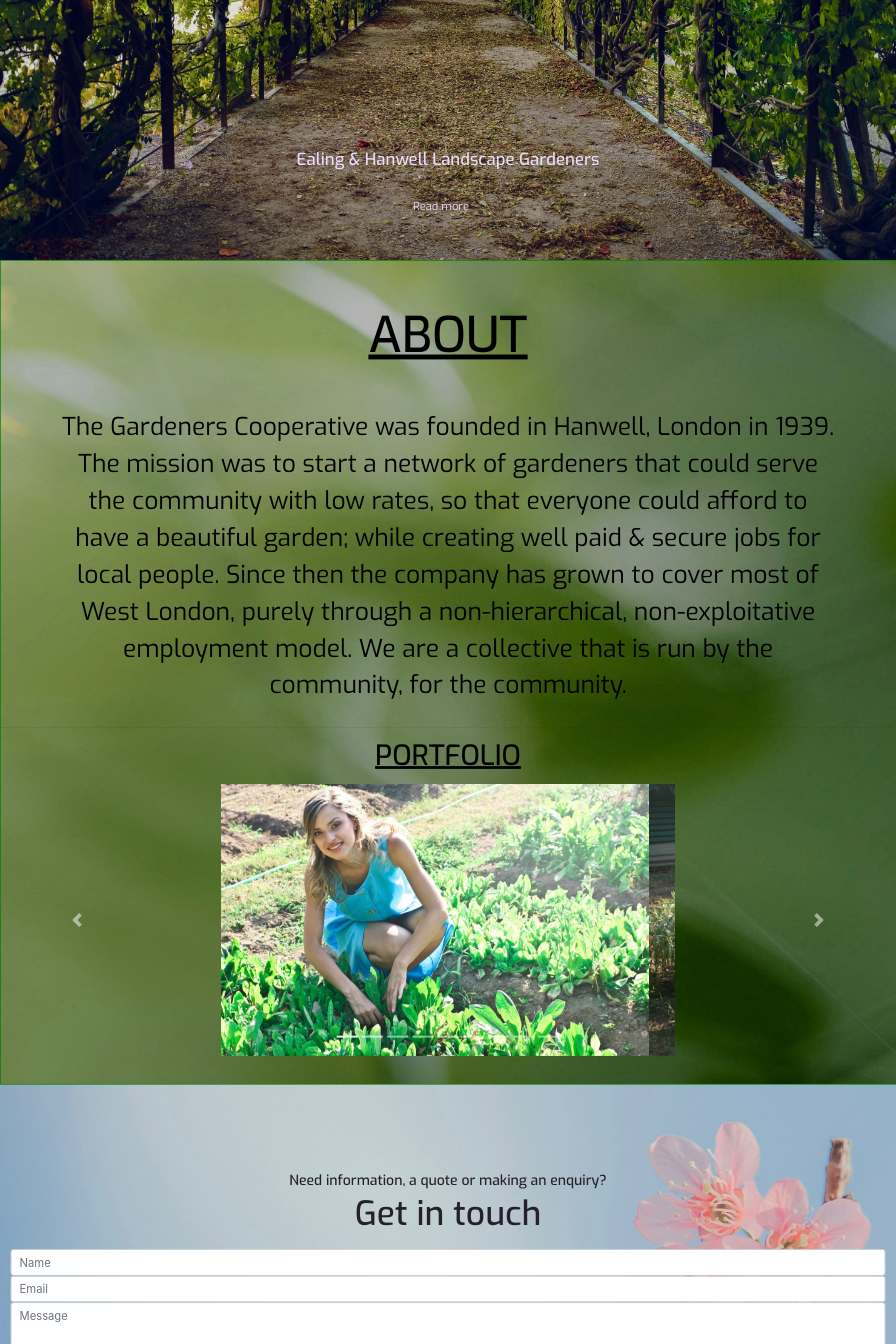
Repository: harrypars0ns/milestone-project
Page: index.html
The author's editor kept a record of every edit. The page is drawn from the files as they stood at one moment, then again after the next edit.
The browser window is 1280 px wide. The pictures show the part of the page from y = 348 to 2268 px (the page is 2568 px tall), at 70% of full size.
Backgrounds fixed to the window are drawn as part of the page.

Above is the page before.

After the next edit:
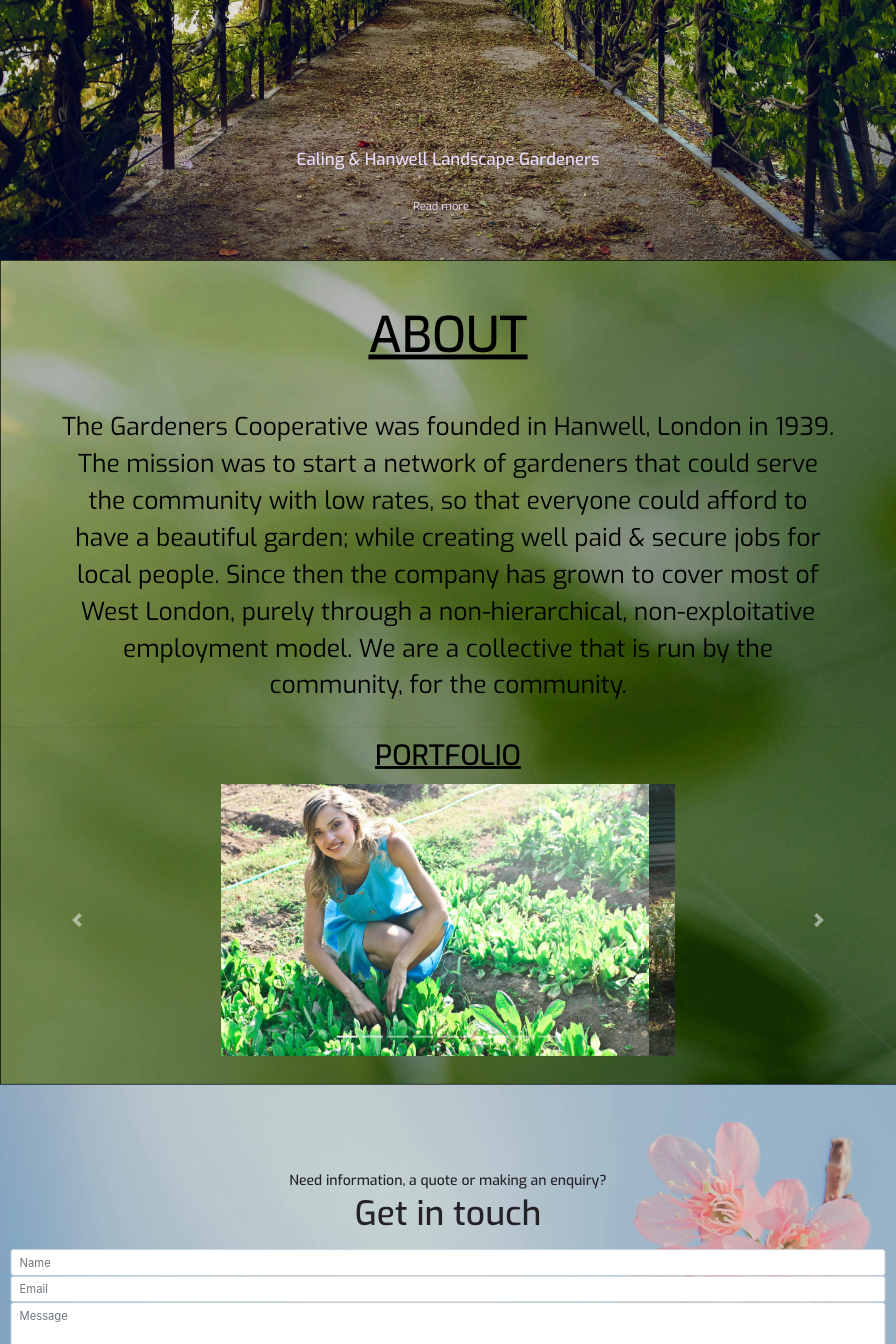
The edit:
--- a/assets/css/style.css
+++ b/assets/css/style.css
@@ -20,7 +20,7 @@
 
 body {
     padding: 0;
-    background: green;
+    background: black;
 }
 
 html,
